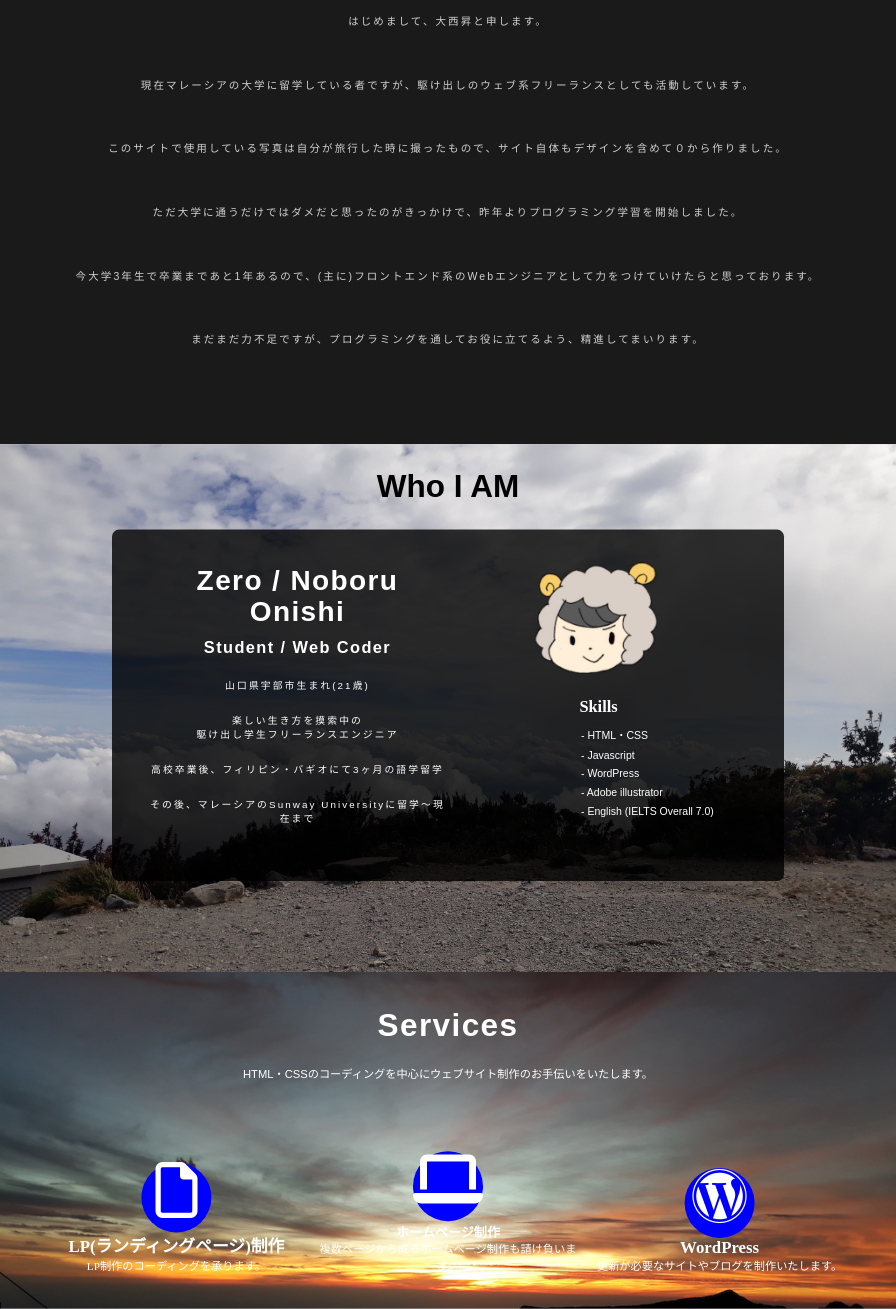
Repository: ZeroRequiem126/MyPortfolioSite
Page: top.html
The author's editor kept a record of every edit. The page is drawn from the files as they stood at one moment, then again after the next edit.
The browser window is 1280 px wide. The pictures show the part of the page from y = 841 to 2761 px (the page is 2711 px tall before and 2761 px after), at 70% of full size.
Some web libraries are served in a nearby version.

Above is the page before.

### top.html
<!DOCTYPE>
<html>
    <head>
        <meta charset="utf-8">
        <title>Zero</title>
        <link rel="stylesheet" type="text/css" href="top.css">
        <link rel="stylesheet" type="text/css"  href="swiper.css">
        <meta name="viewport" content="width=device-width, initial-scale=1.0">
        <script src="https://kit.fontawesome.com/fdddab2d46.js"></script>
    </head>

    <body>
        <header>
            <div class="container">
                <div class="header-left">Zero</div>
                <div class="header-right">
                    <ul>
                        <li>Who I AM</li>
                        <li>Skills</li>
                        <li>Portfolio</li>
                        <li>Contact</li>
                    </ul>
                </div>
            </div>
        </header>

        <div class="main">
            <div class="container">

                    <span class="slider-title">Zero</span>
                    <div class="swiper-container">
                        <div class="swiper-wrapper">
                              <div class="swiper-slide"><img src="images/pic1.jpg" alt="pic1.JPG" width="100%"></div>
                              <div class="swiper-slide"><img src="images/pic2.jpg" alt="pic2.jpg" width="100%"></div>
                              <div class="swiper-slide"><img src="images/pic3.jpg" alt="pic3.JPG" width="100%"></div>
                              <div class="swiper-slide"><img src="images/pic4.png" alt="pic4.png" width="100%"></div>
                              <div class="swiper-slide"><img src="images/pic5.jpg" alt="pic4.jpg" width="100%"></div>
                              <div class="swiper-slide"><img src="images/pic6.jpg" alt="pic4.jpg" width="100%"></div>
                        </div>
                        <div class="swiper-button-prev"></div>
                        <div class="swiper-button-next"></div>
                    </div>

                    <div class="introduction">
                        <div class="container">
                            <p>はじめまして、大西昇と申します。</p>
                            <p>現在マレーシアの大学に留学している者ですが、駆け出しのウェブ系フリーランスとしても活動しています。 </p>
                            <p>このサイトで使用している写真は自分が旅行した時に撮ったもので、サイト自体もデザインを含めて０から作りました。</p>
                            <p>ただ大学に通うだけではダメだと思ったのがきっかけで、昨年よりプログラミング学習を開始しました。</p>
                            <p>今大学3年生で卒業まであと1年あるので、(主に)フロントエンド系のWebエンジニアとして力をつけていけたらと思っております。</p>
                            <p>まだまだ力不足ですが、プログラミングを通してお役に立てるよう、精進してまいります。</p>
                        </div>
                    </div>

                    <div class="about">
                        <div class="container">
                            <h1 class="about-title" style="font-family: 'Gurmukhi MN',sans-serif;">Who I AM</h1>

                            <div class="about-contents">
                                <div class="about-left">
                                    <div class="name-and-job">
                                        <h1>Zero / Noboru Onishi</h1>
                                        <h3>Student / Web Coder</h3>
                                    </div>
                                    <div class="career">
                                        <p>山口県宇部市生まれ(21歳)</p>
                                        <p>楽しい生き方を摸索中の<br>駆け出し学生フリーランスエンジニア</p>
                                        <p>高校卒業後、フィリピン・バギオにて3ヶ月の語学留学</p>
                                        <p>その後、マレーシアのSunway Universityに留学〜現在まで</p>
                                    </div>
                                </div>

                                <div class="about-right">
                                    <img src="images/person.png">
                                    <h3>Skills</h3>
                                    <ul>
                                        <li>- HTML・CSS</li>
                                        <li>- Javascript</li>
                                        <li>- WordPress</li>
                                        <li>- Adobe illustrator</li>
                                        <li>- English (IELTS Overall 7.0)</li>
                                    </ul>
                                </div>
                            </div>

                        </div>
                    </div>

                    <div class="service">
                        <div class="container">
                            <h1 class="service-title">Services</h1>
                            <p class="service-subtitle">HTML・CSSのコーディングを中心にウェブサイト制作のお手伝いをいたします。</p>

                            <div class="services">

                                <div class="service-contents">
                                    <span class="far fa-file"></span>
                                    <h2>LP(ランディングページ)制作</h2>
                                    <p class="service-explanation">LP制作のコーディングを承ります。</p>
                                </div>

                                <div class="service-contents">
                                    <span class="fas fa-laptop"></span>
                                    <h3>ホームページ制作</h3>
                                    <p class="service-explanation">複数ページから成るホームページ制作も請け負います。</p>
                                </div>

                                <div class="service-contents">
                                    <span class="fab fa-wordpress"></span>
                                    <h2>WordPress</h2>
                                    <p>更新が必要なサイトやブログを制作いたします。</p>
                                </div>
                            </div>
                        </div>
                    </div>

            </div>
        </div>

        <footer>

        </footer>

        <script src="swiper.js"></script>
        <script>
          var mySwiper = new Swiper ('.swiper-container', {
            navigation: {
              nextEl: '.swiper-button-next',
              prevEl: '.swiper-button-prev',
            },
            loop: true,
            autoplay: {
                delay: 3000,
                disableOnInteraction: true
            },
            speed: 700,
          })
        </script>
    </body>

</html>

### top.css
@charset "utf-8";

* {
    box-sizing: border-box;
    margin: 0px;
    padding: 0px;
}

.container {
    text-align: center;
}

/* header */

header {
    height: 60px;
    width: 100%;
    background-color: white;
    color: black;
    line-height: 60px;
    position: fixed;
    z-index: 100;
}

.header-left {
    float: left;
    padding-left: 100px;
    font-size: 30px;
    font-family: 'Superclarendon',sans-serif;
}

.header-right {
    float: right;
    font-family: 'Gurmukhi MN',sans-serif;
}

.header-right ul {
    list-style: none;
    padding-right: 120px;
}

.header-right ul li {
    float: left;
    padding: 0 40px;
    font-size: 20px;
    cursor: pointer;
    transition: background-color 0.5s;
}

.header-right ul li:hover {
    background-color: #dcdcdc;
    transition: background-color 1s;
}

/* slider */

.slider-title {
    color: white;
    font-size: 150px;
    font-family: 'Trattatello',sans-serif;;
    position: absolute;
    top: 35%;
    left: 40%;
    z-index: 10;
    padding: 0 15px 0 10px;
    border: solid 8px;
    border-radius: 50%;
}

/* introduction */

.introduction {
    color: #D1D1D1;
    font-size: 15px;
    background-color: #1A1A1A;
    padding: 140px 0 70px 0;
    font-family: 'klee',sans-serif;
}

.introduction p {
    padding-bottom: 70px;
    letter-spacing: 3px;
}

/* About */

.about {
    margin: 0 auto;
    background-image: url("images/pic7.jpg");
    background-size: 100% auto;
    padding-bottom: 130px;
    font-size: 20px;
}

.about-title {
    padding: 35px 0;
    font-size: 45px;
}

.about-contents {
    background-color: rgba(0,0,0,0.8);
    display: inline-block;
    color: white;
    width: 75%;
    border-radius: 10px;
    padding: 0px 50px 50px 50px;
}

.about-left {
    float: left;
    width: 50%;
    vertical-align: top;
    padding-top: 50px;
}

.name-and-job {
    font-family: 'Papyrus-Condensed',sans-serif;
    letter-spacing: 2px;
    padding-bottom: 30px;
}

.name-and-job h1 {
    padding-bottom: 15px;
}

.career {
    font-family: 'klee',sans-serif;
}

.career p {
    padding-bottom: 30px;
    letter-spacing: 3px;
    font-size: 14px;
}

.about-right {
    float: left;
    width: 50%;
    padding-top: 20px;
}

.about-right h3 {
    padding-top: 20px;
    padding-bottom: 15px;
}

.about-right ul {
    list-style: none;
}

.about-right ul li {
    font-size: 15px;
    font-family: 'klee',sans-serif;
    padding-bottom: 10px;
    text-align: left;
    padding-left: 190px;
}

.about-right img {
    width: 200px;
}

/* Service */

.service {
    background-image: url("images/pic8.jpg");
    background-size: 100% auto;
    color: white;
    padding: 50px 0;
}

.service-title {
    padding-bottom: 30px;
    font-family: 'Gurmukhi MN',sans-serif;
    font-size: 45px;
    letter-spacing: 2px;
}

.service-subtitle {
    font-family: 'klee',sans-serif;
}

.service-contents {
    display: inline-block;
    width: 30%;
    padding-top: 100px;
}

.service-contents span {
    font-size: 80px;
    padding-bottom: 50px;
    border-radius: 50%;
    background-color: blue;
    width: 100px;
    height: 100px;
}

Loaded but not shown: swiper.css (library); swiper.js (library)

After the next edit:
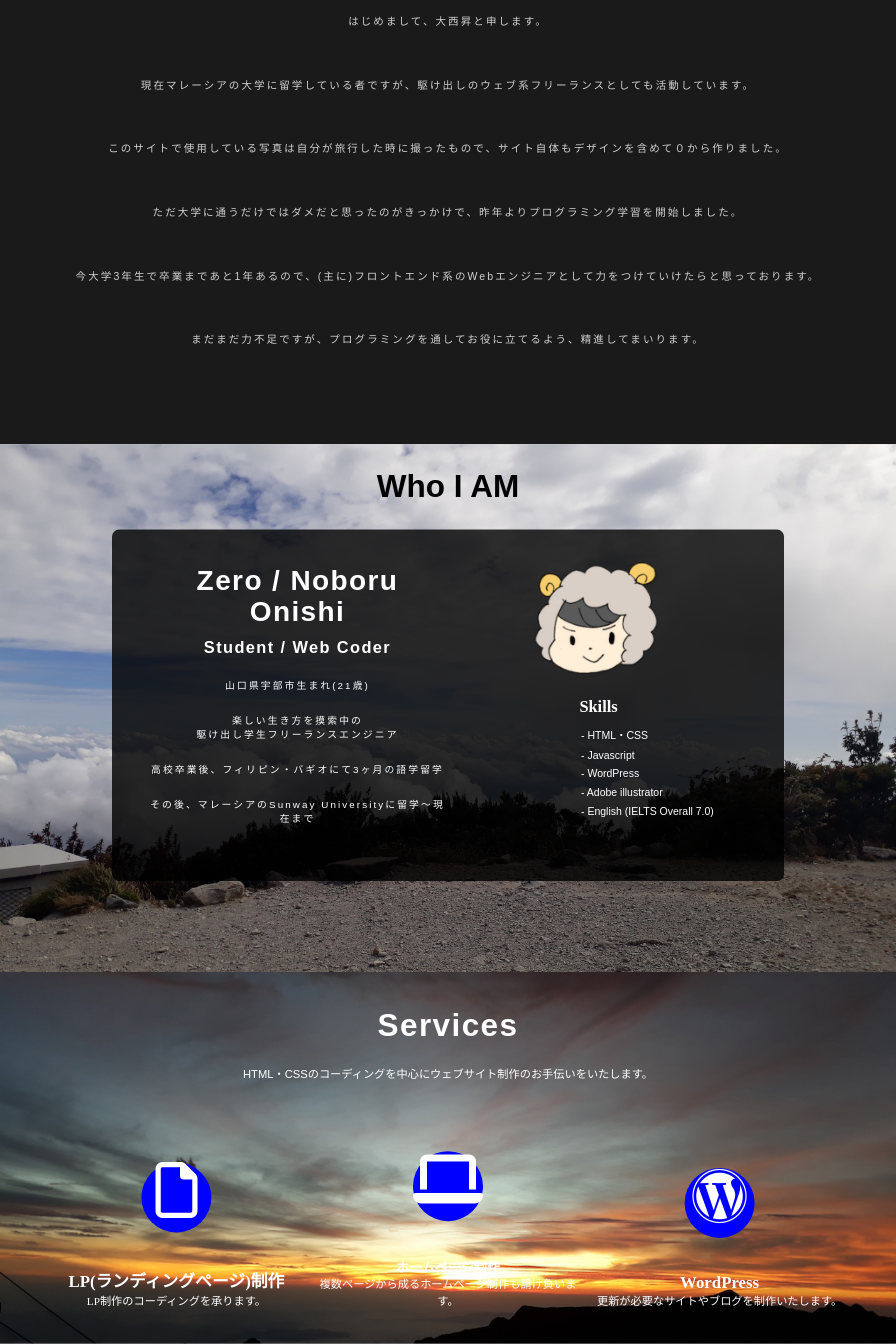
The edit:
--- a/top.css
+++ b/top.css
@@ -188,7 +188,7 @@
 
 .service-contents span {
     font-size: 80px;
-    padding-bottom: 50px;
+    margin-bottom: 50px;
     border-radius: 50%;
     background-color: blue;
     width: 100px;
